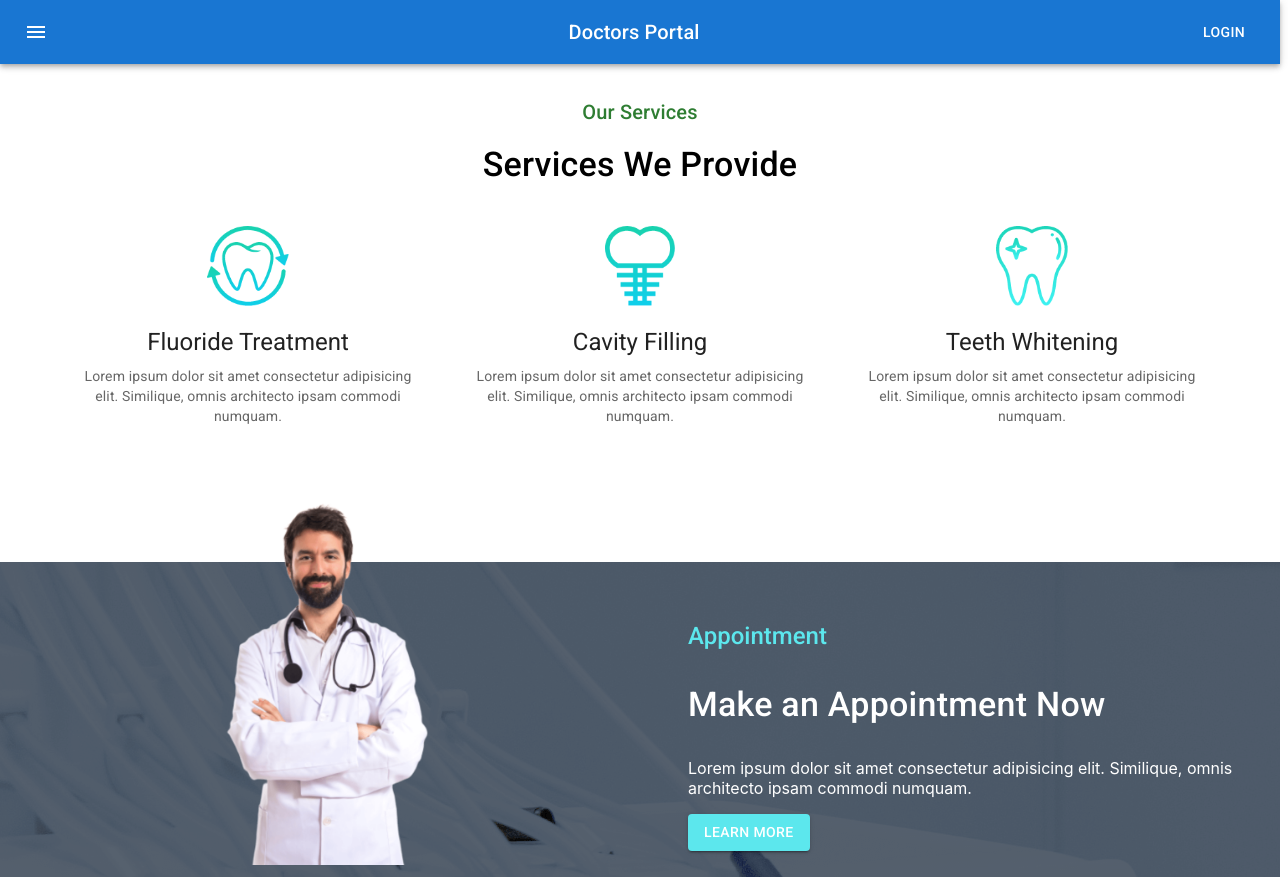
Repository: Sharif-00112/doctors-portal-client
Page: /
These files come from the project's save history. The page is drawn as it stood at one moment and after the next save; the edit follows.
The browser window is 1280 px wide. The page is 1288 px wide, so the pictures cover 1288 px, including what lies to the right of the window. The pictures show the whole page.
The project was rebuilt for these pictures with package versions that can differ from the ones it lists, and the page was loaded fresh each time.

Above is the page before, as saved 2022-11-01 14:16:51.

### public/index.html
<!DOCTYPE html>
<html lang="en">
  <head>
    <meta charset="utf-8" />
    <link rel="icon" href="%PUBLIC_URL%/favicon.ico" />
    <meta name="viewport" content="width=device-width, initial-scale=1" />
    <meta name="theme-color" content="#000000" />
    <meta
      name="description"
      content="Web site created using create-react-app"
    />
    <link
      rel="stylesheet" href="https://fonts.googleapis.com/css?family=Roboto:300,400,500,700&display=swap"
    />

    <link rel="apple-touch-icon" href="%PUBLIC_URL%/logo192.png" />
    <!--
      manifest.json provides metadata used when your web app is installed on a
      user's mobile device or desktop. See https://developers.google.com/web/fundamentals/web-app-manifest/
    -->
    <link rel="manifest" href="%PUBLIC_URL%/manifest.json" />
    <!--
      Notice the use of %PUBLIC_URL% in the tags above.
      It will be replaced with the URL of the `public` folder during the build.
      Only files inside the `public` folder can be referenced from the HTML.

      Unlike "/favicon.ico" or "favicon.ico", "%PUBLIC_URL%/favicon.ico" will
      work correctly both with client-side routing and a non-root public URL.
      Learn how to configure a non-root public URL by running `npm run build`.
    -->
    <title>React App</title>
  </head>
  <body>
    <noscript>You need to enable JavaScript to run this app.</noscript>
    <div id="root"></div>
    <!--
      This HTML file is a template.
      If you open it directly in the browser, you will see an empty page.

      You can add webfonts, meta tags, or analytics to this file.
      The build step will place the bundled scripts into the <body> tag.

      To begin the development, run `npm start` or `yarn start`.
      To create a production bundle, use `npm run build` or `yarn build`.
    -->
  </body>
</html>

### src/App.js
import './App.css';
import { BrowserRouter as Router, Route, Routes} from 'react-router-dom';
import Home from './Pages/Home/Home/Home';

function App() {
  return (
    <div className="App">
      <Router>
        {/* <Header></Header> */}
        <Routes>
          <Route exact path = '/' element={<Home/>}/>
          <Route exact path = '/home' element={<Home/>}/>
          <Route exact path = '*' element={<Home/>}/>
        </Routes>
        {/* <Footer></Footer> */}
      </Router>
    </div>
  );
}

export default App;

### src/Pages/Home/Home/Home.js
import React from 'react';
import Navigation from '../../Shared/Navigation/Navigation';
import AppointmentBanner from '../AppointmentBanner/AppointmentBanner';
import Services from '../Services/Services';

const Home = () => {
    return (
        <div>
            {/* <h2>This is Home</h2> */}
            <Navigation></Navigation>
            <Services></Services>
            <AppointmentBanner></AppointmentBanner>
        </div>
    );
};

export default Home;

### src/Pages/Shared/Navigation/Navigation.js
import React from 'react';
import AppBar from '@mui/material/AppBar';
import Box from '@mui/material/Box';
import Toolbar from '@mui/material/Toolbar';
import Typography from '@mui/material/Typography';
import Button from '@mui/material/Button';
import IconButton from '@mui/material/IconButton';
import MenuIcon from '@mui/icons-material/Menu';

const Navigation = () => {
    return (
        <div>
            <Box sx={{ flexGrow: 1 }}>
                <AppBar position="static">
                    <Toolbar>
                        <IconButton
                            size="large"
                            edge="start"
                            color="inherit"
                            aria-label="menu"
                            sx={{ mr: 2 }}
                        >
                            <MenuIcon />
                        </IconButton>
                        <Typography variant="h6" component="div" sx={{ flexGrow: 1 }}>
                            Doctors Portal
                        </Typography>
                        <Button color="inherit">Login</Button>
                    </Toolbar>
                </AppBar>
            </Box>
        </div>
    );
};

export default Navigation;

### src/Pages/Home/AppointmentBanner/AppointmentBanner.js
import React from 'react';
import Box from '@mui/material/Box';
import Grid from '@mui/material/Unstable_Grid2';
import Typography from '@mui/material/Typography';

import doctor from '../../../images/images/doctor.png'
import bg from '../../../images/images/appointment-bg.png'
import { Button } from '@mui/material';

const appointmentBanner = {
    background: `url(${bg})`,
    marginTop: 100,
    backgroundColor: 'rgba(45, 58, 74, 0.8)',
    backgroundBlendMode: 'darken, luminosity'
}

const AppointmentBanner = () => {
    return (
        <div>
            {/* <h2>Appointment Banner</h2> */}
            <Box style={appointmentBanner} sx={{ flexGrow: 1 }}>
                <Grid container spacing={2}>
                    <Grid xs={12} md={6}>
                        <img
                           style={{width: 400, marginTop: '-105px' }}
                        src={doctor} alt="" />
                    </Grid>

                    <Grid xs={12} md={6} sx={{
                        display: 'flex',
                        justifyContent: 'flex-start',
                        textAlign: 'left',
                        alignItems: 'center'
                        }}>
                        <Box sx={{pl: 5}}>
                            <Typography sx={{ mb: 2, mt: 4, fontWeight: 500 }} style={{color: '#5CE7ED'}} variant="h5" component="div">
                                Appointment
                            </Typography>
                            <Typography sx={{ mb: 2, mt: 4, fontWeight: 500 }} style={{color: 'white'}} variant="h4" component="div">
                                Make an Appointment Now
                            </Typography>
                            <Typography sx={{ mb: 2, mt: 4 }} style={{color: 'white'}} variant="" component="div">
                                Lorem ipsum dolor sit amet consectetur adipisicing elit. Similique, omnis architecto ipsam commodi numquam.
                            </Typography>
                            <Button variant="contained" style={{backgroundColor: '#5CE7ED'}}>Learn More</Button>
                        </Box>
                    </Grid>
                </Grid>
            </Box>
        </div>
    );
};

export default AppointmentBanner;

### src/Pages/Home/Services/Services.js
import React from 'react';
import Box from '@mui/material/Box';
import Grid from '@mui/material/Unstable_Grid2';
import Typography from '@mui/material/Typography';
import { Container } from '@mui/material';
import Service from '../Service/Service';

import fluoride from '../../../images/images/fluoride.png';
import cavity from '../../../images/images/cavity.png'
import whitening from '../../../images/images/whitening.png'

const services = [
    {
        name: 'Fluoride Treatment',
        description: 'Lorem ipsum dolor sit amet consectetur adipisicing elit. Similique, omnis architecto ipsam commodi numquam.',
        img: fluoride
    },
    {
        name: 'Cavity Filling',
        description: 'Lorem ipsum dolor sit amet consectetur adipisicing elit. Similique, omnis architecto ipsam commodi numquam.',
        img: cavity
    },
    {
        name: 'Teeth Whitening',
        description: 'Lorem ipsum dolor sit amet consectetur adipisicing elit. Similique, omnis architecto ipsam commodi numquam.',
        img: whitening
    }
]

const Services = () => {
    return (
        <div>
            <Box sx={{ flexGrow: 1 }}>
                <Container>
                    <Typography sx={{ mb: 2, mt: 4, fontWeight: 500, color: 'success.main' }} variant="h6" component="div">
                        Our Services
                    </Typography>
                    <Typography sx={{ mb: 3, fontWeight: 500 }} variant="h4" component="div">
                        Services We Provide
                    </Typography>

                    <Grid container spacing={{ xs: 2, md: 3 }} columns={{ xs: 4, sm: 8, md: 12 }}>
                        {
                            services.map(service => (
                                <Grid xs={2} sm={4} md={4} key={service.name}>
                                <Service
                                    key = {service.name}
                                    service = {service}
                                ></Service>
                            </Grid>
                            ))
                        }
                    </Grid>
                </Container>
            </Box>
        </div>
    );
};

export default Services;

### src/Pages/Home/Service/Service.js
import React from 'react';
import Card from '@mui/material/Card';
// import CardActions from '@mui/material/CardActions';
import CardContent from '@mui/material/CardContent';
// import Button from '@mui/material/Button';
import Typography from '@mui/material/Typography';
import CardMedia from '@mui/material/CardMedia';

const Service = (props) => {
    const {name, description, img} = props.service
    return (
        <div>
            <Card sx={{ minWidth: 275, border: 0, boxShadow: 0, mt: 1.5 }}>
                <CardMedia
                    component="img"
                    style={{width: 'auto', height: '80px', margin: '4px auto'}}
                    image={img}
                    alt={name}
                />
                <CardContent>
                    <Typography sx={{ mb: 1 }} variant="h5" component="div">
                        {name}
                    </Typography>
                    <Typography sx={{ mb: 1.5 }} variant="body2" color="text.secondary">
                        {description}
                    </Typography>
                </CardContent>
                {/* <CardActions>
                    <Button size="small">Learn More</Button>
                </CardActions> */}
            </Card>
        </div>
    );
};

export default Service;

Loaded but not shown: src/index.js (common file); src/index.css (common file); src/reportWebVitals.js (common file); src/App.css (common file)

After the next save:
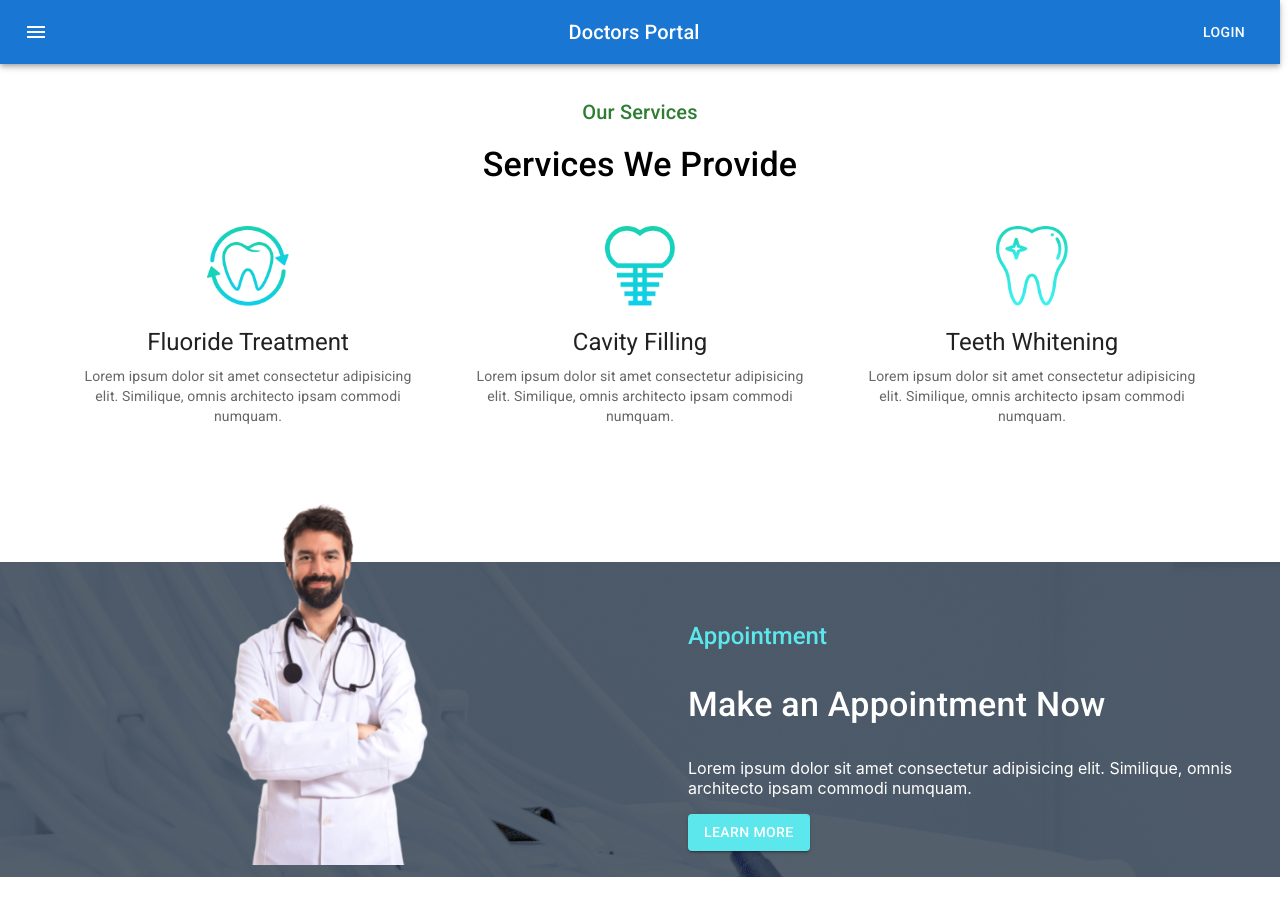
Saved 16 min 31 s later.
--- a/src/Pages/Home/AppointmentBanner/AppointmentBanner.js
+++ b/src/Pages/Home/AppointmentBanner/AppointmentBanner.js
@@ -17,8 +17,7 @@ const appointmentBanner = {
 const AppointmentBanner = () => {
     return (
         <div>
-            {/* <h2>Appointment Banner</h2> */}
-            <Box style={appointmentBanner} sx={{ flexGrow: 1 }}>
+            <Box style={appointmentBanner} sx={{ flexGrow: 1, mb:4 }}>
                 <Grid container spacing={2}>
                     <Grid xs={12} md={6}>
                         <img
